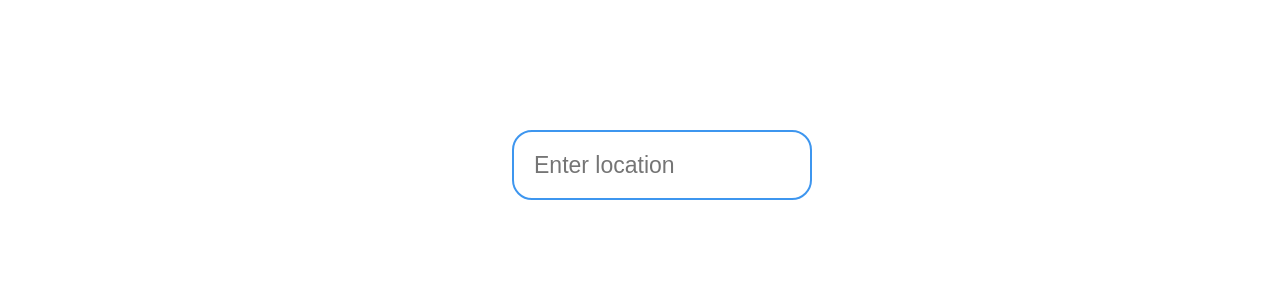
Repository: RenataDzotova/WeatherForecast
Page: /
These files come from the project's save history. The page is drawn as it stood at one moment and after the next save; the edit follows.
The browser window is 1280 px wide. The pictures show the whole page.
The project was rebuilt for these pictures with package versions that can differ from the ones it lists, and the page was loaded fresh each time. The framework's server and built-in components were replaced by stand-ins that run in the browser. Also part of the build but not shown: next.config.js, styles/Home.module.css.

Above is the page before, as saved 2023-01-19 14:05:14.

After the next save:
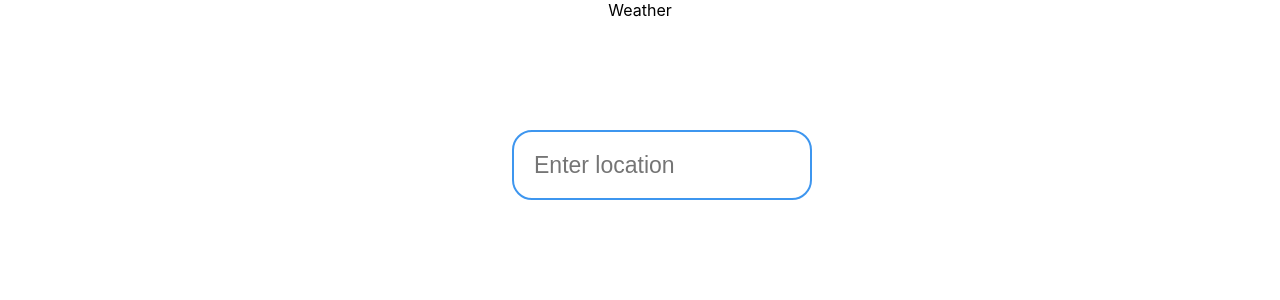
Saved 85 s later.
--- a/pages/index.js
+++ b/pages/index.js
@@ -52,7 +52,10 @@ export default function Home() {
       </Head>
 
       <main>
-
+        {errorMessage}
+        <FlexBox>
+          Weather
+        </FlexBox>
 
         <input className='inputStyle'
         value = {location}
@@ -63,7 +66,6 @@ export default function Home() {
         style={{position:"absolute", top:"130px", left:"40%"}}
         >
         </input>
-        {errorMessage}
 
         {
           weather && weather.map((w, index) =>{
